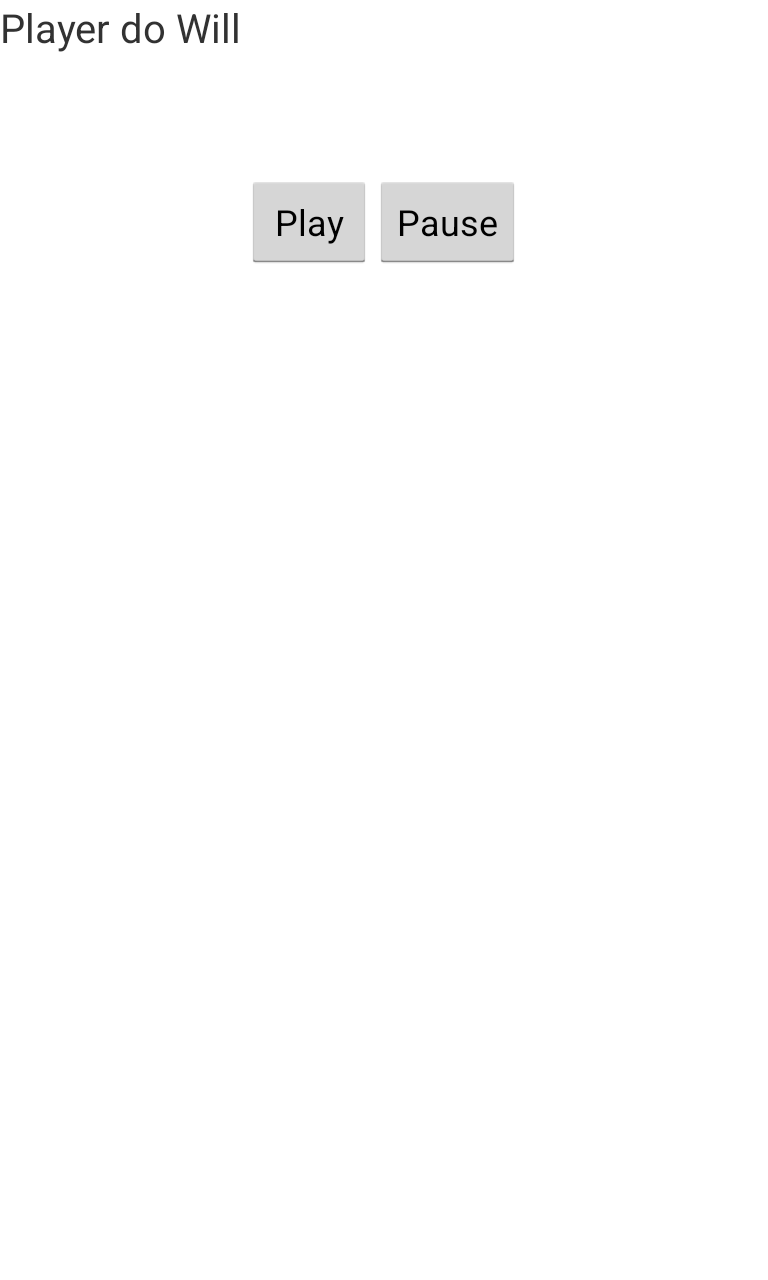
Repository: thiagopsilva/Android-book
Layout: Som/res/layout/activity_som.xml
The author's editor kept a copy of each file at every save. The layout is drawn from the files as they stood at one save, then again after the next save.
It is drawn on a 768 x 1280 px phone screen (xhdpi) without system bars, with theme AppTheme; the app's code is not run.

Above is the layout before, as saved 2012-12-14 17:40:58.

After the next save:
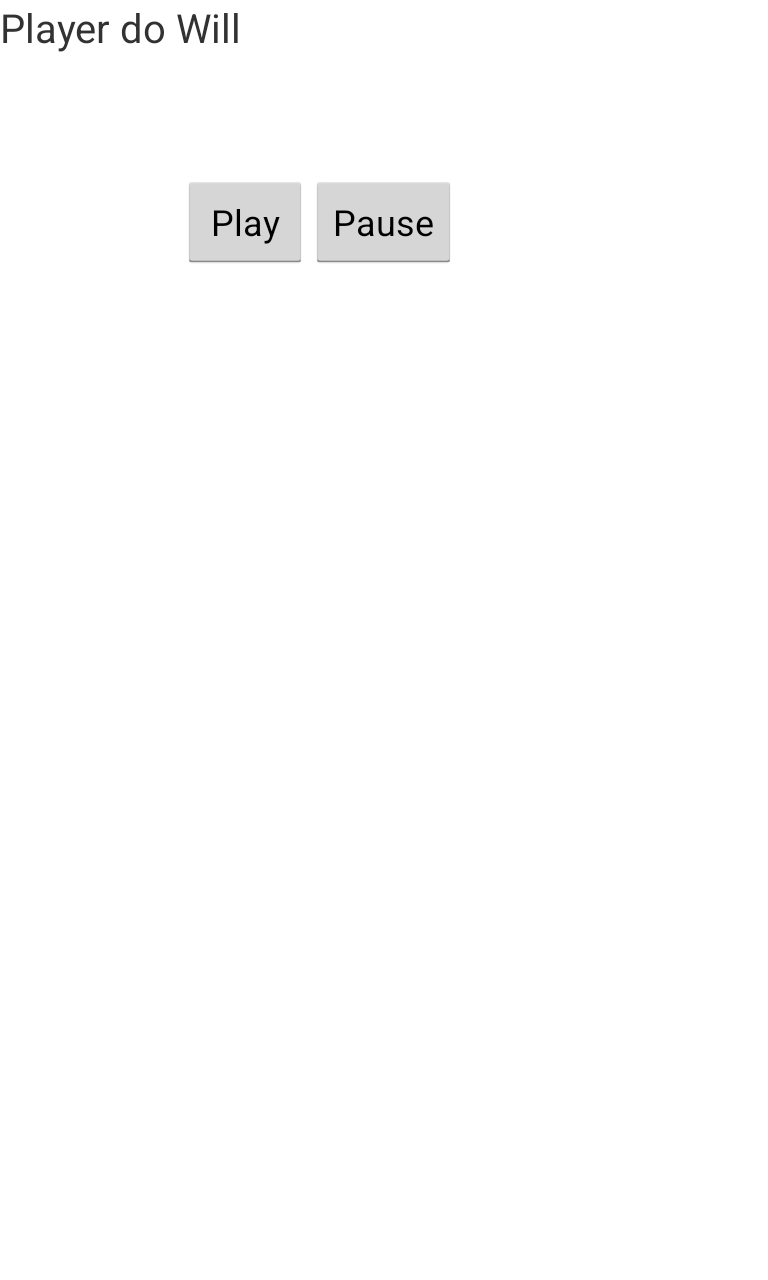
Saved 3 min 31 s later.
--- a/Som/res/layout/activity_som.xml
+++ b/Som/res/layout/activity_som.xml
@@ -7,12 +7,15 @@
 	<TextView
 		android:layout_width="fill_parent"
 		android:layout_height="wrap_content"
-		android:text="Player do Will" android:textSize="20sp"/>
+		android:text="Player do Will"
+		android:textSize="20sp"/>
 
 <LinearLayout
 	android:id="@+id/linearLayout1"
 	android:layout_width="match_parent"
-	android:layout_height="60sp" android:gravity="center" android:orientation="horizontal">
+	android:layout_height="60sp"
+	android:gravity="center"
+	android:orientation="horizontal">
 
 	<ImageView
 		android:id="@+id/imageView1"
@@ -38,6 +41,12 @@
 		android:layout_height="wrap_content"
 		android:text="Pause" />
 
+	<Button
+	    android:id="@+id/btstop"
+	    android:layout_width="wrap_content"
+	    android:layout_heigth="wrap_content"
+	    android:text="stop"/>
+
 </LinearLayout>
 
 </LinearLayout>
